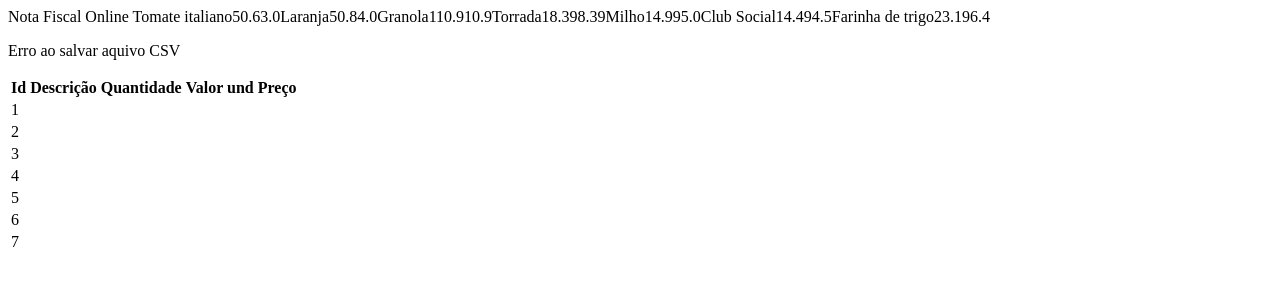
Repository: jaquelinediasoliveira/SENAI
Page: http://localhost/CupomFiscal/Notinha.jsp
The author's editor kept a copy of each file at every save. The page is drawn from the files as they stood at one save, then again after the next save.
The browser window is 1280 px wide. The pictures show the whole page.
The page is served by Tomcat 9. Other server files are loaded and not shown.

Above is the page before, as saved 2021-08-16 20:14:12.

### 2DES/PWBE/aula5/Workspace/CupomFiscal/src/main/webapp/Notinha.jsp
<%@page import="vo.NotaFiscal"%>
<%@page import="ctr.NotaFiscalProcess"%>
<%@ page language="java" contentType="text/html; charset=UTF-8"
    pageEncoding="UTF-8"%>
<!DOCTYPE html>
<html>
<head>
<meta charset="UTF-8">
<title>Nota Fiscal Virtual</title>
</head>
<body>
	<caption> Nota Fiscal Online</caption>
	<table>
		<tr>
			<th>Id</th>
			<th>Descrição</th>
			<th>Quantidade</th>
			<th>Valor und</th>
			<th>Preço</th>
		</tr>
		<%
			NotaFiscalProcess.testes();
			for(NotaFiscal nf: NotaFiscalProcess.compras){
				out.print(nf.toHTML());
			}
			out.print(NotaFiscalProcess.salvar());
		%>
	</table>
</body>
</html>

### 2DES/PWBE/aula5/Workspace/CupomFiscal/src/main/java/ctr/NotaFiscalProcess.java
package ctr;

import java.util.ArrayList;
import vo.NotaFiscal;
import dao.NotaFiscalDAO;

public class NotaFiscalProcess {

	public static ArrayList<NotaFiscal> compras;
	public static NotaFiscalDAO bd = new NotaFiscalDAO();

	public static void testes() {
		compras = new ArrayList<>();
		compras.add(new NotaFiscal(1,"Tomate italiano", 5, 0.60, 3.00));
		compras.add(new NotaFiscal(2, "Laranja", 5, 0.80, 4.00));
		compras.add(new NotaFiscal(3, "Granola", 1, 10.90, 10.90));
		compras.add(new NotaFiscal(4, "Torrada", 1, 8.39, 8.39));
		compras.add(new NotaFiscal(5, "Milho", 1, 4.99, 5.00));
		compras.add(new NotaFiscal(6, "Club Social", 1, 4.49, 4.50));
		compras.add(new NotaFiscal(7, "Farinha de trigo", 2, 3.19, 6.40));
	}

	public static void abrir() {
		compras = bd.abrir();
	}

	public static String salvar() {
		if(bd.salvar(compras)) {
			return "<p>Dados salvos com sucesso</p>";
		}else {
			return "<p>Erro ao salvar aquivo CSV</p>";
		}
	}
}

### 2DES/PWBE/aula5/Workspace/CupomFiscal/src/main/java/dao/NotaFiscalDAO.java
package dao;

import java.io.BufferedReader;
import java.io.BufferedWriter;
import java.io.FileNotFoundException;
import java.io.FileReader;
import java.io.FileWriter;
import java.io.IOException;
import java.util.ArrayList;

import vo.NotaFiscal;

public class NotaFiscalDAO {

	private BufferedReader br;
	private BufferedWriter bw;
	private String arquivo = "C:\\dbs\\compras.csv";
	private ArrayList<NotaFiscal> compras;
	private NotaFiscal compra;

	public boolean salvar(ArrayList<NotaFiscal> compras) {
		try {
			bw = new BufferedWriter(new FileWriter(arquivo, false));
			for (NotaFiscal nf : compras) {
				bw.write(nf.toCSV());
			}
			bw.close();
			return true;
		} catch (IOException e) {
			System.out.println("Erro ao gravar arquivo " + e);
			return false;
		}
	}

	public ArrayList<NotaFiscal> abrir() {
		compras = new ArrayList<>();
		try {
			br = new BufferedReader(new FileReader(arquivo));
			String linha = null;
			while ((linha = br.readLine()) != null) {
				compra = new NotaFiscal(linha.split(";"));
				compras.add(compra);
			}
			br.close();
		} catch (FileNotFoundException e) {
			System.out.println("Arquivo não encontrado " + e);
		} catch (IOException e) {
			System.out.println("Erro ao ler arquivo " + e);
		}
		return compras;
	}

}

### 2DES/PWBE/aula5/Workspace/CupomFiscal/src/main/java/vo/NotaFiscal.java
package vo;

public class NotaFiscal {
	private int Id;
	private String Descricao;
	private int Qtd;
	private Double ValorUnidade;
	private Double Preco;

	public NotaFiscal() {
	}

	public NotaFiscal(int id, String descricao, int qtd, Double valorUnidade, Double preco) {
		Id = id;
		Descricao = descricao;
		Qtd = qtd;
		ValorUnidade = valorUnidade;
		Preco = preco;
	}

	public NotaFiscal(String[] vetor) {
		try {
			this.Id = Integer.valueOf(vetor[0]);
			this.Descricao = vetor[1];
			this.Qtd = Integer.valueOf(vetor[2]);
			this.ValorUnidade = Double.valueOf(vetor[3]);
			this.Preco = Double.valueOf(vetor[4]);
		} catch (Exception e) {
			e.printStackTrace();
		}
	}

	public int getId() {
		return Id;
	}

	public void setId(int id) {
		Id = id;
	}

	public String getDescricao() {
		return Descricao;
	}

	public void setDescricao(String descricao) {
		Descricao = descricao;
	}

	public int getQtd() {
		return Qtd;
	}

	public void setQtd(int qtd) {
		Qtd = qtd;
	}

	public Double getValorUnidade() {
		return ValorUnidade;
	}

	public void setValorUnidade(Double valorUnidade) {
		ValorUnidade = valorUnidade;
	}

	public Double getPreco() {
		return Preco;
	}

	public void setPreco(Double preco) {
		Preco = preco;
	}

	@Override
	public String toString() {
		return Id + "\t" + Descricao + "\t" + Qtd + "\t" + ValorUnidade + "\t" + Preco + "\n";
	}

	public String toCSV() {
		return Id + ";" + Descricao + ";" + Qtd + ";" + ValorUnidade + ";" + Preco + "\r\n";
	}

	public String toHTML() {
		return "<tr><td>" + Id + "<td></td>" + Descricao + "<td></td>" + Qtd + "<td></td>" + ValorUnidade + "<td></td>" + Preco + "</td></tr>";
	}

	@Override
	public int hashCode() {
		final int prime = 31;
		int result = 1;
		result = prime * result + Id;
		return result;
	}

	@Override
	public boolean equals(Object obj) {
		if (this == obj)
			return true;
		if (obj == null)
			return false;
		if (getClass() != obj.getClass())
			return false;
		NotaFiscal other = (NotaFiscal) obj;
		if (Id != other.Id)
			return false;
		return true;
	}
}

After the next save:
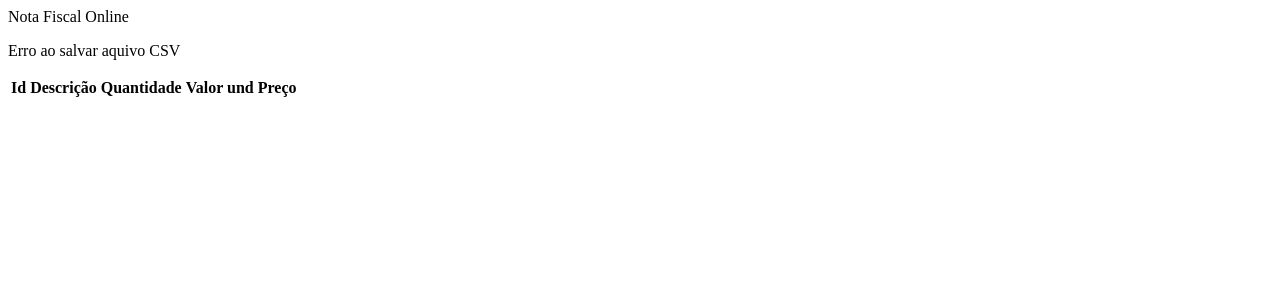
Saved 2 min 43 s later.
--- a/2DES/PWBE/aula5/Workspace/CupomFiscal/src/main/webapp/Notinha.jsp
+++ b/2DES/PWBE/aula5/Workspace/CupomFiscal/src/main/webapp/Notinha.jsp
@@ -19,7 +19,7 @@
 			<th>Preço</th>
 		</tr>
 		<%
-			NotaFiscalProcess.testes();
+			NotaFiscalProcess.abrir();
 			for(NotaFiscal nf: NotaFiscalProcess.compras){
 				out.print(nf.toHTML());
 			}
